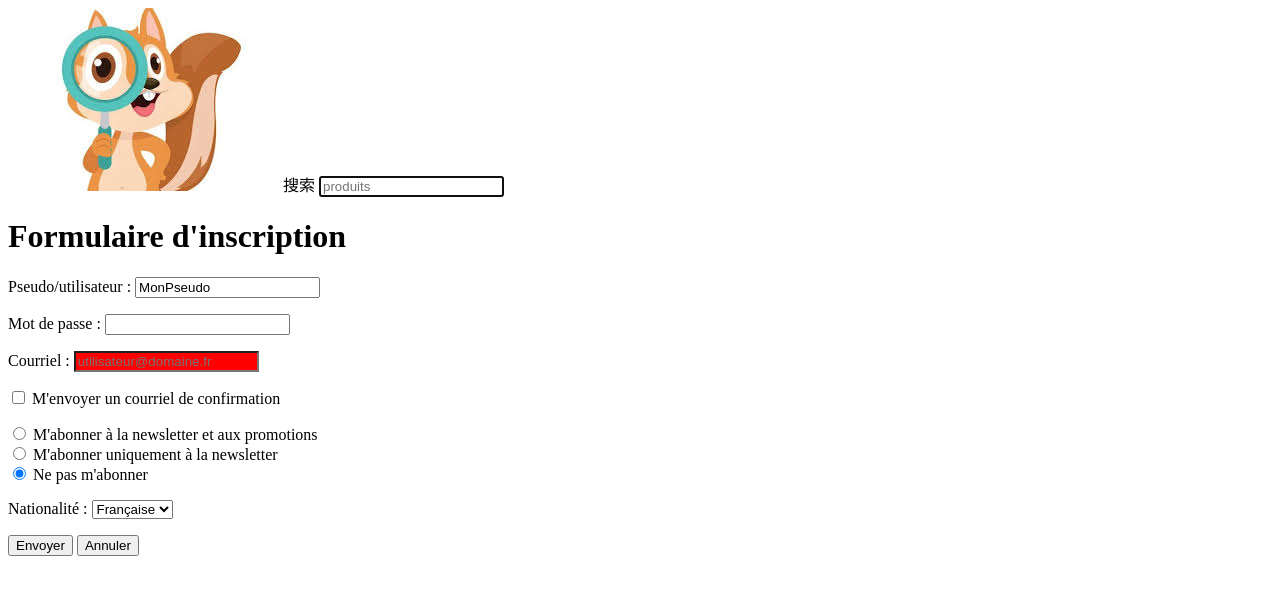
Repository: clairedupuich/excercice
Page: javaScript/Gestion les formulaires /formulaires.html
An editor plug-in stored every save of this project. The page is shown before and after a run of saves, followed by the edit.
The browser window is 1280 px wide. The pictures show the whole page.

Above is the page before, as saved 2020-10-14 22:45:19.

After the next 3 saves:
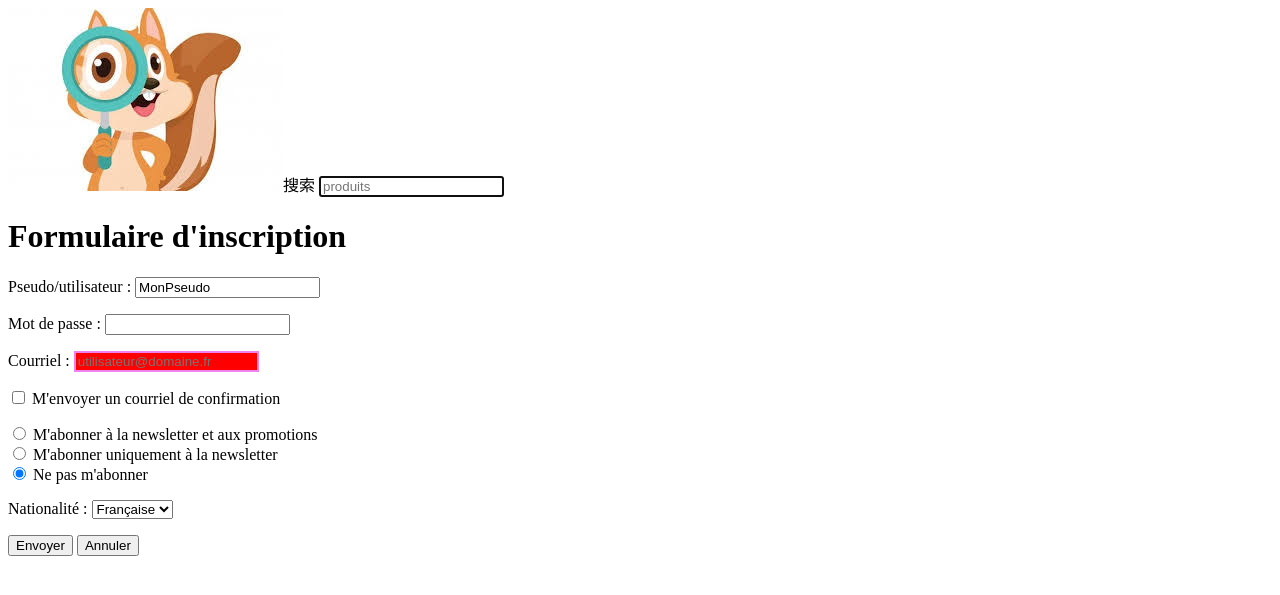
The 3 saves are shown as one change because they came seconds apart.
The last was saved 21 s later.
--- a/javaScript/Gestion les formulaires /formulaires.css
+++ b/javaScript/Gestion les formulaires /formulaires.css
@@ -5,6 +5,6 @@
 
 #courriel:invalid {
     background: red;
-    border: 2px solid $cd-danger;
+    border: 2px solid violet;
     color: $cd-txt--invalid;
 }
